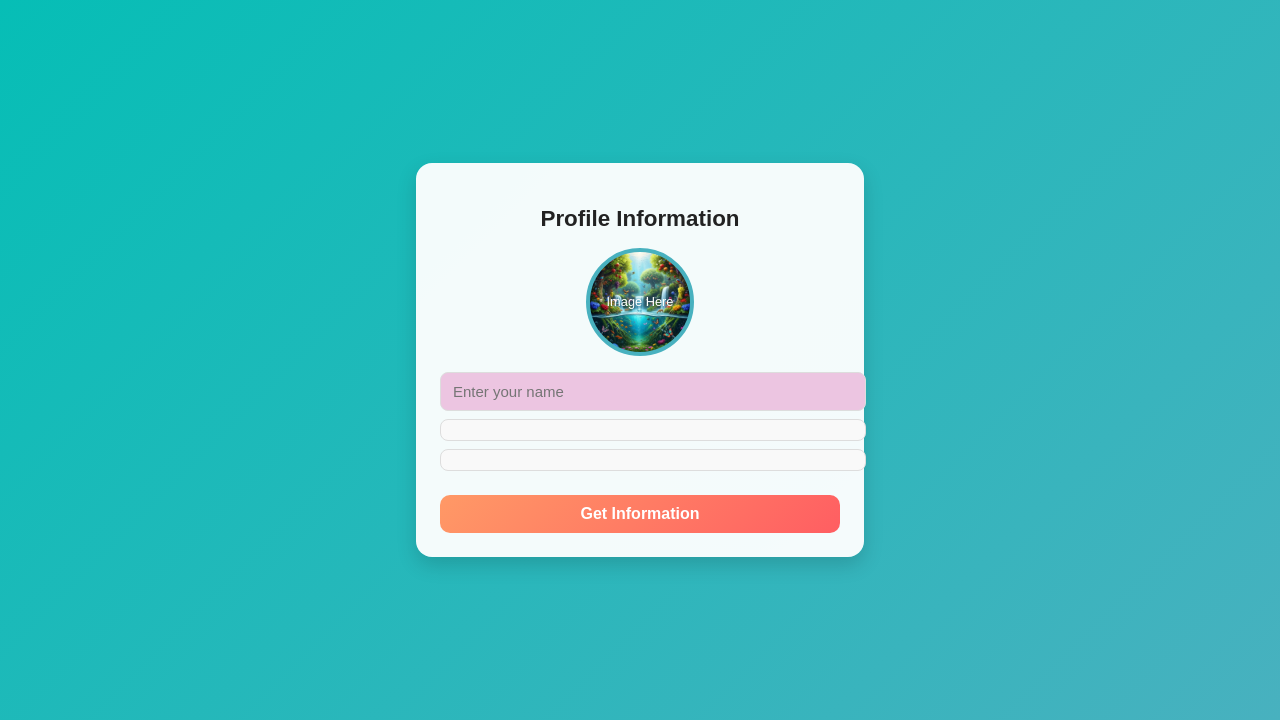
Repository: Amani-Kibet/express-app-web
Page: pages/contents/profile.html
An editor plug-in stored every save of this project. The page is shown before and after the next save, followed by the edit.
The browser window is 1280 px wide. The page is 1280 px wide, then 1282 px, so the pictures cover 1282 px, including what lies to the right of the window. The pictures show the whole page.

Above is the page before, as saved 2025-09-28 17:02:01.

After the next save:
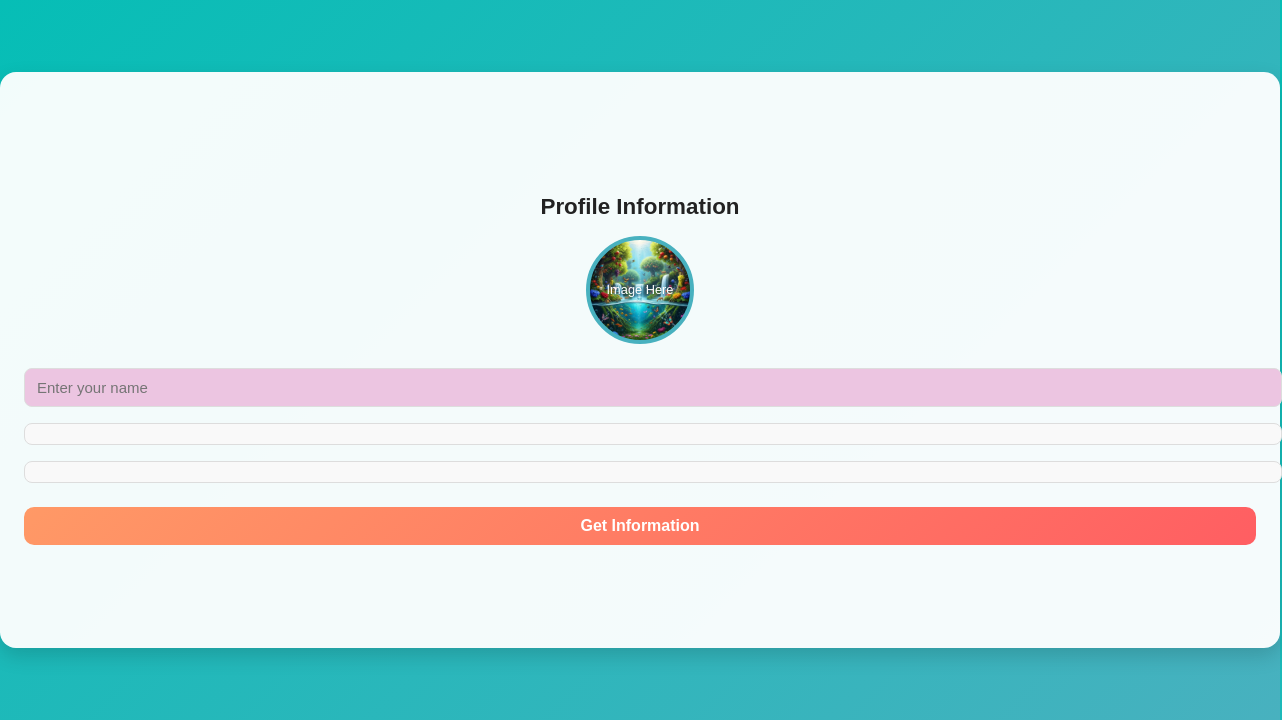
Saved 24 s later.
--- a/pages/contents/profile.html
+++ b/pages/contents/profile.html
@@ -25,7 +25,24 @@
             width: 90%;
             max-width: 400px;   /* fits nicely on phones & tablets */
             height: auto;       /* no fixed height */
+        }#container {
+            background: rgba(255, 255, 255, 0.95);
+            padding: 1.5rem;
+            border-radius: 16px;
+            box-shadow: 0 8px 20px rgba(0, 0, 0, 0.15);
+            text-align: center;
+
+            /* fill screen size */
+            width: 100%;
+            max-width: 100%;   /* no restriction */
+            height: 80vh;      /* 80% of viewport height */
+            box-sizing: border-box;
+
+            display: flex;
+            flex-direction: column;
+            justify-content: center;
         }
+
 
         /* Heading */
         #container h2 {
